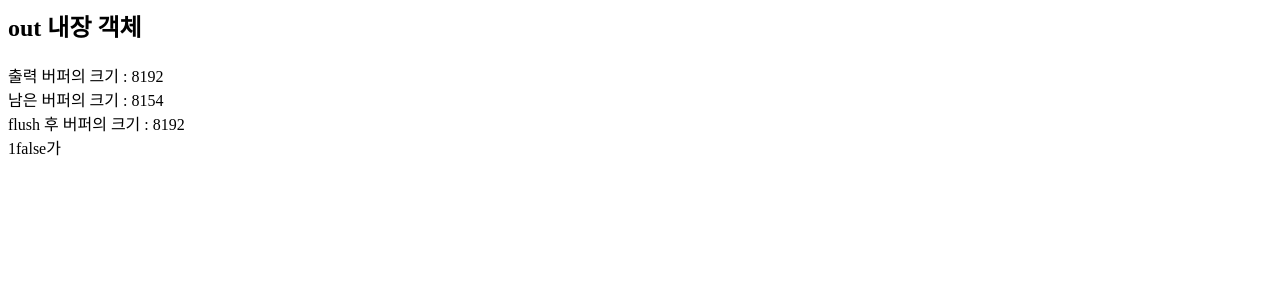
Repository: ljw971125/JSP_Study
Page: http://localhost/Final_Project/02ImplicitObject/OutMain.jsp
An editor plug-in stored every save of this project. The page is shown before and after the next save, followed by the edit.
The browser window is 1280 px wide. The pictures show the whole page.
The page is served by Tomcat 9.

Above is the page before, as saved 2023-04-20 02:08:47.

After the next save:
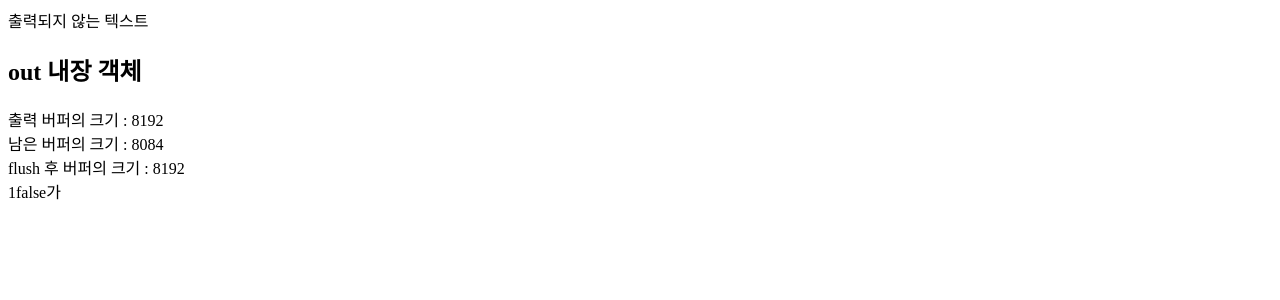
Saved 58 s later.
--- a/WEB_STUDY/Final_Project/WebContent/02ImplicitObject/OutMain.jsp
+++ b/WEB_STUDY/Final_Project/WebContent/02ImplicitObject/OutMain.jsp
@@ -6,7 +6,7 @@
     <%
     // 버퍼 내용 삭제하기
     out.print("출력되지 않는 텍스트");  // 버퍼에 저장
-    out.clearBuffer();  // 버퍼를 비움(윗 줄의 출력 결과 사라짐)
+    //out.clearBuffer();  // 버퍼를 비움(윗 줄의 출력 결과 사라짐)
 
     out.print("<h2>out 내장 객체</h2>");
 

After the save that followed:
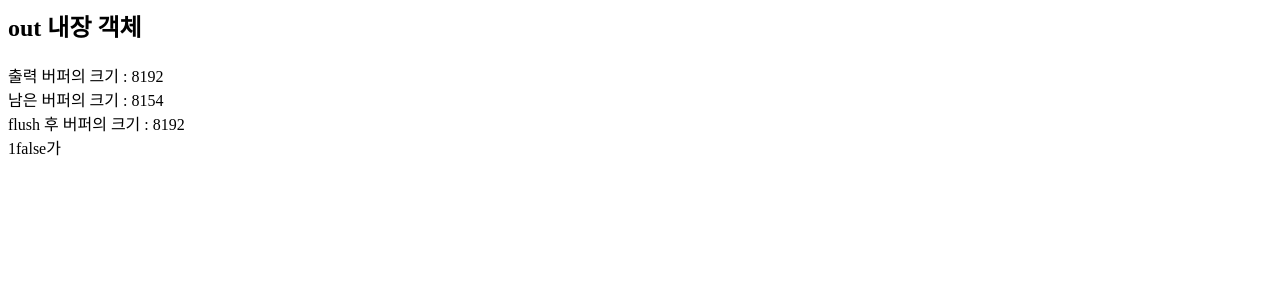
Saved 25 s later.
--- a/WEB_STUDY/Final_Project/WebContent/02ImplicitObject/OutMain.jsp
+++ b/WEB_STUDY/Final_Project/WebContent/02ImplicitObject/OutMain.jsp
@@ -6,7 +6,7 @@
     <%
     // 버퍼 내용 삭제하기
     out.print("출력되지 않는 텍스트");  // 버퍼에 저장
-    //out.clearBuffer();  // 버퍼를 비움(윗 줄의 출력 결과 사라짐)
+    out.clearBuffer();  // 버퍼를 비움(윗 줄의 출력 결과 사라짐)
 
     out.print("<h2>out 내장 객체</h2>");
 
